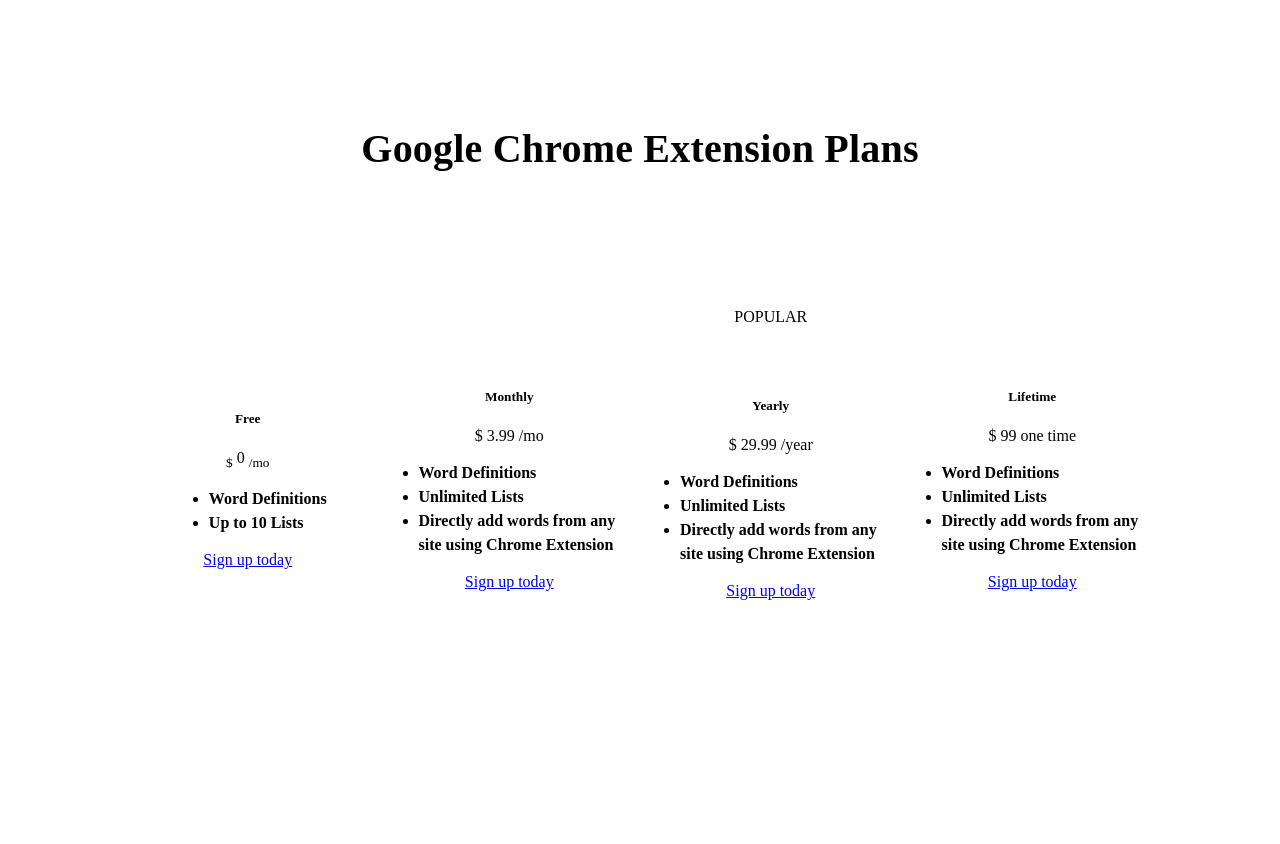
Repository: Novoselets28/chatos-test-task
Page: index.html
The author's editor kept a copy of each file at every save. The page is drawn from the files as they stood at one save, then again after the next save.
The browser window is 1280 px wide. The pictures show the whole page.

Above is the page before, as saved 2023-04-19 09:25:10.

After the next save:
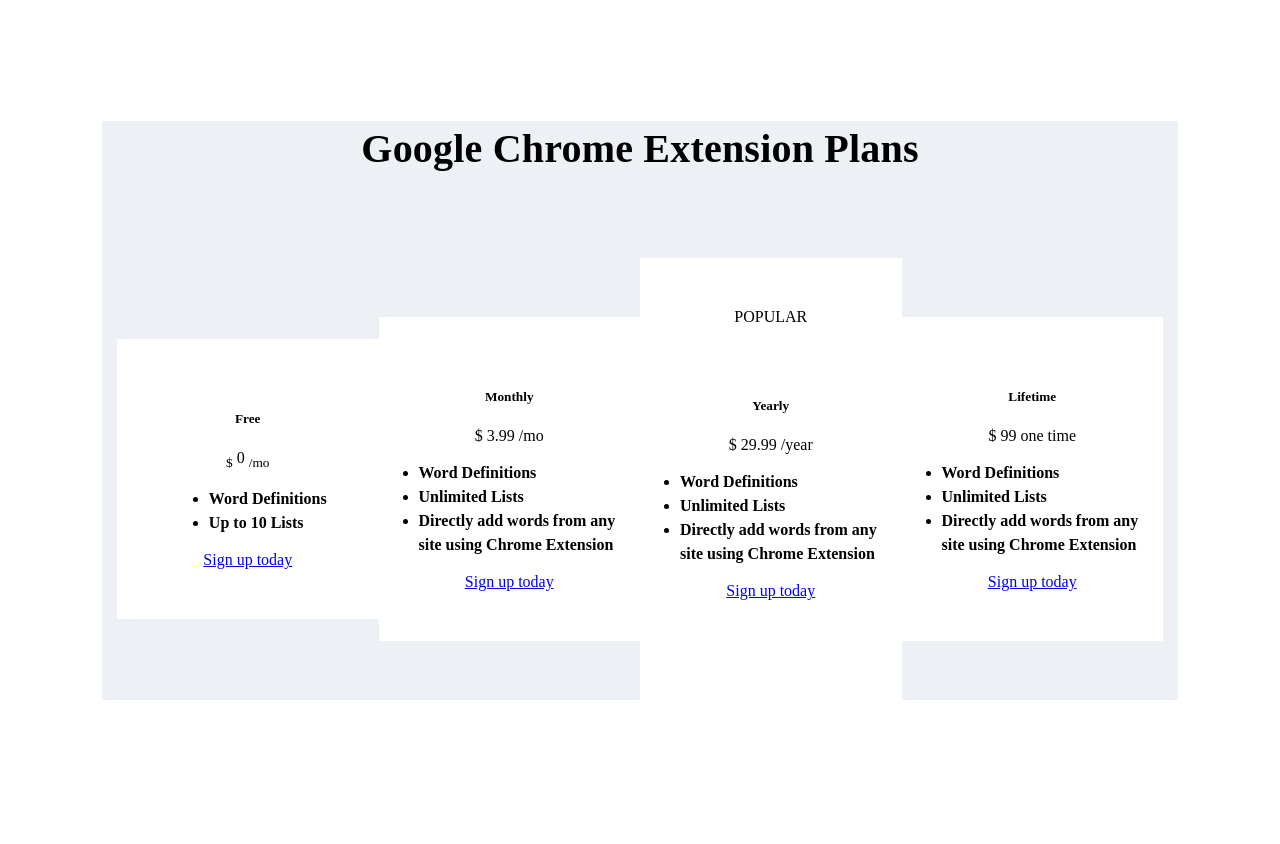
Saved 114 s later.
--- a/index.css
+++ b/index.css
@@ -7,7 +7,7 @@
 }
 
 .extension__container{
-
+    background-color: #edf0f5;
 }
 
 ._container{
